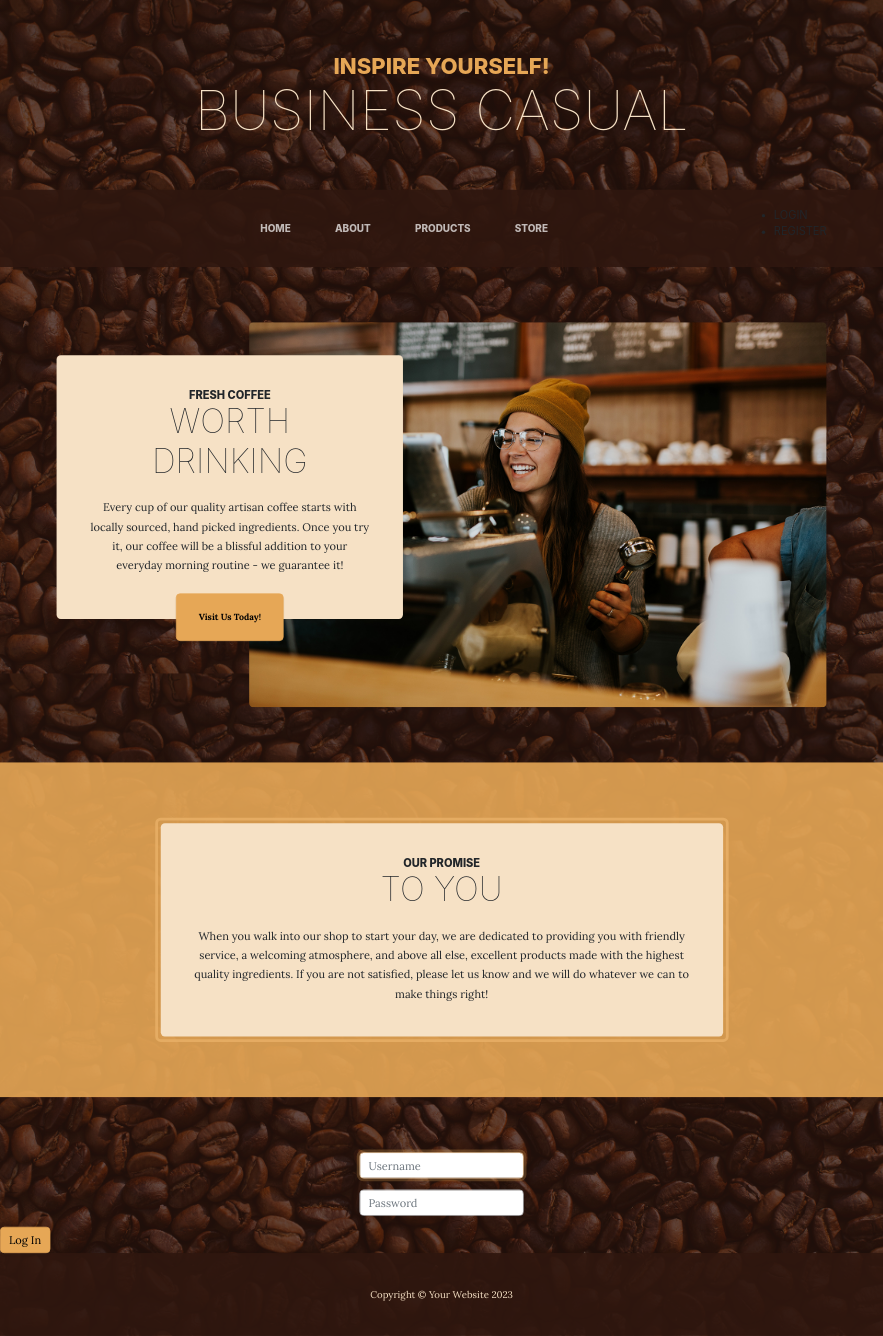
Repository: Onerafaz/CS50x
Page: http://localhost/login
The author's editor kept a copy of each file at every save. The page is drawn from the files as they stood at one save, then again after the next save.
The browser window is 1280 px wide. The pictures show the whole page, at 69% of full size.
Backgrounds fixed to the window are drawn as part of the page. Some web fonts or font styles are not loaded; a fallback is used. The page is served by the project's application, run on Flask 3 (project/business/app.py). Other server files are loaded and not shown.

Above is the page before, as saved 2023-08-17 00:40:18.
Console error: TypeError: Cannot read properties of undefined (reading 'classList')

### project/business/templates/layout.html
<!DOCTYPE html>
<html lang="en">
    <head>
        <meta charset="utf-8" />
        <meta name="viewport" content="width=device-width, initial-scale=1, shrink-to-fit=no" />
        <meta name="description" content="" />
        <meta name="author" content="" />
        <title>Business Casual</title>
        <link rel="icon" type="image/x-icon" href="assets/favicon.ico" />
        <!-- Google fonts-->
        <link href="https://fonts.googleapis.com/css?family=Raleway:100,100i,200,200i,300,300i,400,400i,500,500i,600,600i,700,700i,800,800i,900,900i" rel="stylesheet" />
        <link href="https://fonts.googleapis.com/css?family=Lora:400,400i,700,700i" rel="stylesheet" />
        <!-- Core theme CSS (includes Bootstrap)-->
        <link href="static/css/styles.css" rel="stylesheet" />
        <title>Business: {% block title %}{% endblock %}</title>
    </head>
    <body>
        <header>
            <h1 class="site-heading text-center text-faded d-none d-lg-block">
                <span class="site-heading-upper text-primary mb-3">Inspire yourself!</span>
                <span class="site-heading-lower">Business Casual</span>
            </h1>
        </header>
        <!-- Navigation-->
        <nav class="navbar navbar-expand-lg navbar-dark py-lg-4" id="mainNav">
            <div class="container">
                <a class="navbar-brand text-uppercase fw-bold d-lg-none" href="index.html">Start Bootstrap</a>
                <button class="navbar-toggler" type="button" data-bs-toggle="collapse" data-bs-target="#navbarSupportedContent" aria-controls="navbarSupportedContent" aria-expanded="false" aria-label="Toggle navigation"><span class="navbar-toggler-icon"></span></button>
                <div class="collapse navbar-collapse" id="navbarSupportedContent">
                    <ul class="navbar-nav mx-auto">
                        <li class="nav-item px-lg-4"><a class="nav-link text-uppercase" href="index.html">Home</a></li>
                        <li class="nav-item px-lg-4"><a class="nav-link text-uppercase" href="about.html">About</a></li>
                        <li class="nav-item px-lg-4"><a class="nav-link text-uppercase" href="products.html">Products</a></li>
                        <li class="nav-item px-lg-4"><a class="nav-link text-uppercase" href="store.html">Store</a></li>
                    </ul>
                    <ul>
                        <li class="nav-item pxlg-4"><a class="nav-link text-uppercase" href="login.html">Login</a></li>
                        <li class="nav-item pxlg-4"><a class="nav-link text-uppercase" href="register.html">Register</a></li>
                    </ul>
                </div>
            </div>
        </nav>
        <section class="page-section clearfix">
            <div class="container">
                <div class="intro">
                    <img class="intro-img img-fluid mb-3 mb-lg-0 rounded" src="assets/img/intro.jpg" alt="..." />
                    <div class="intro-text left-0 text-center bg-faded p-5 rounded">
                        <h2 class="section-heading mb-4">
                            <span class="section-heading-upper">Fresh Coffee</span>
                            <span class="section-heading-lower">Worth Drinking</span>
                        </h2>
                        <p class="mb-3">Every cup of our quality artisan coffee starts with locally sourced, hand picked ingredients. Once you try it, our coffee will be a blissful addition to your everyday morning routine - we guarantee it!</p>
                        <div class="intro-button mx-auto"><a class="btn btn-primary btn-xl" href="#!">Visit Us Today!</a></div>
                    </div>
                </div>
            </div>
        </section>
        <section class="page-section cta">
            <div class="container">
                <div class="row">
                    <div class="col-xl-9 mx-auto">
                        <div class="cta-inner bg-faded text-center rounded">
                            <h2 class="section-heading mb-4">
                                <span class="section-heading-upper">Our Promise</span>
                                <span class="section-heading-lower">To You</span>
                            </h2>
                            <p class="mb-0">When you walk into our shop to start your day, we are dedicated to providing you with friendly service, a welcoming atmosphere, and above all else, excellent products made with the highest quality ingredients. If you are not satisfied, please let us know and we will do whatever we can to make things right!</p>
                        </div>
                    </div>
                </div>
            </div>
        </section>
        {% block main %}{% endblock %}
        <footer class="footer text-faded text-center py-5">
            <div class="container"><p class="m-0 small">Copyright &copy; Your Website 2023</p></div>
        </footer>
        <!-- Bootstrap core JS-->
        <script src="https://cdn.jsdelivr.net/npm/bootstrap@5.2.3/dist/js/bootstrap.bundle.min.js"></script>
        <!-- Core theme JS-->
        <script src="static/js/scripts.js"></script>
    </body>
</html>

### project/business/app.py
import os

from cs50 import SQL
from flask import Flask, flash, redirect, render_template, request, session, jsonify
from flask_session import Session
from tempfile import mkdtemp
from werkzeug.security import check_password_hash, generate_password_hash

from helpers import apology, login_required, lookup, usd

import datetime

# Configure application
app = Flask(__name__)

# Custom filter
app.jinja_env.filters["usd"] = usd

# Configure session to use filesystem (instead of signed cookies)
app.config["SESSION_PERMANENT"] = False
app.config["SESSION_TYPE"] = "filesystem"
Session(app)

# Configure CS50 Library to use SQLite database
db = SQL("sqlite:///business.db")


@app.after_request
def after_request(response):
    """Ensure responses aren't cached"""
    response.headers["Cache-Control"] = "no-cache, no-store, must-revalidate"
    response.headers["Expires"] = 0
    response.headers["Pragma"] = "no-cache"
    return response


@app.route("/")
@login_required
def index():
    """Show landing page"""

    user_id = session["user_id"]

    # Render the template
    return render_template("index.html")


@app.route("/login", methods=["GET", "POST"])
def login():
    """Log user in"""

    # Forget any user_id
    session.clear()

    # User reached route via POST (as by submitting a form via POST)
    if request.method == "POST":
        # Ensure username was submitted
        if not request.form.get("username"):
            return apology("must provide username")

        # Ensure password was submitted
        elif not request.form.get("password"):
            return apology("must provide password")

        # Query database for username
        rows = db.execute(
            "SELECT * FROM users WHERE username = ?", request.form.get("username")
        )

        # Ensure username exists and password is correct
        if len(rows) != 1 or not check_password_hash(
            rows[0]["hash"], request.form.get("password")
        ):
            return apology("invalid username and/or password")

        # Remember which user has logged in
        session["user_id"] = rows[0]["id"]

        # Redirect user to home page
        return redirect("/")

    # User reached route via GET (as by clicking a link or via redirect)
    else:
        return render_template("login.html")


@app.route("/logout")
def logout():
    """Log user out"""

    # Forget any user_id
    session.clear()

    # Redirect user to login form
    return redirect("/")

Loaded but not shown: project/business/templates/login.html (common file); project/business/static/css/styles.css (library); project/business/static/scripts.js (common file)

After the next save:
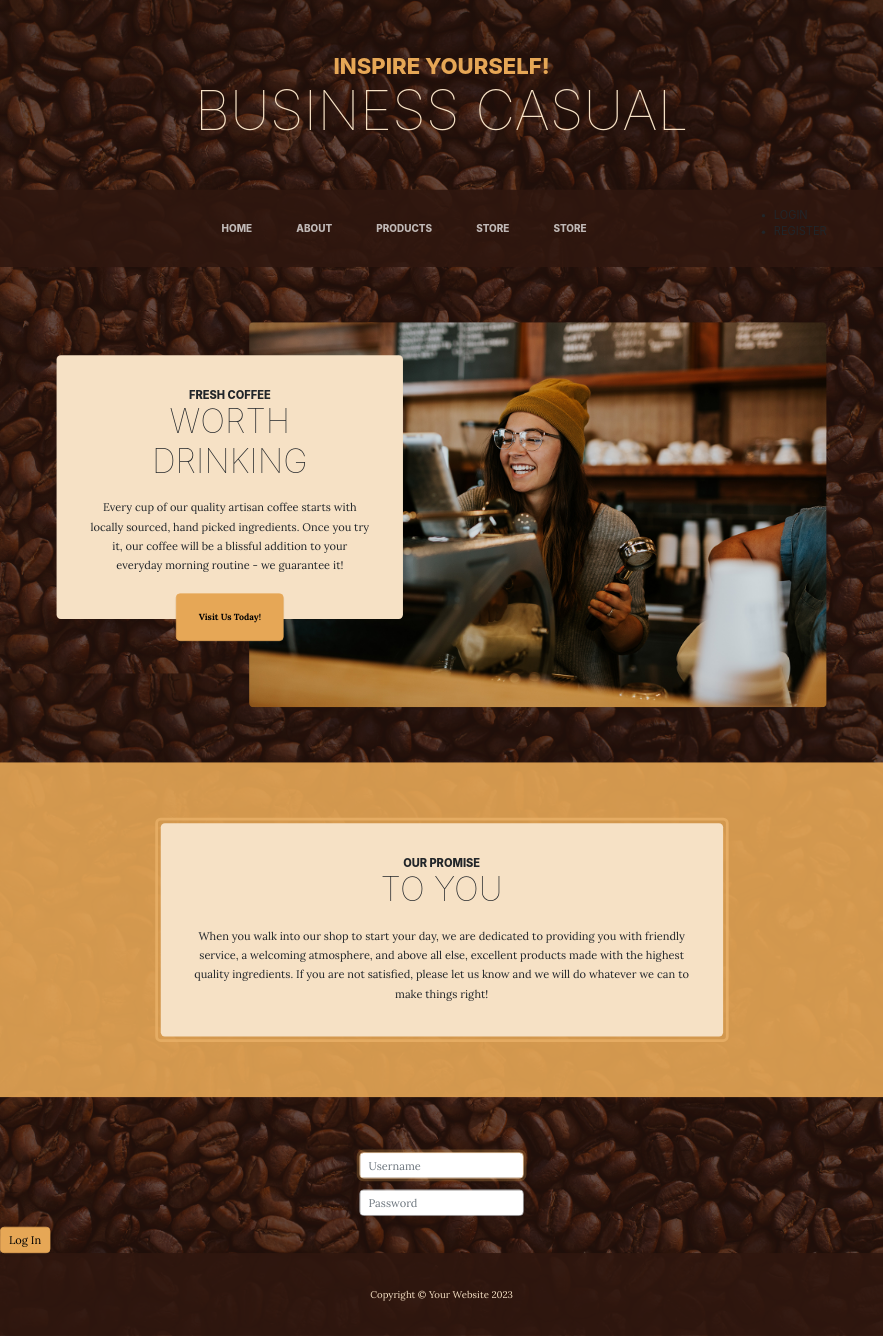
Saved 3 min 49 s later.
--- a/project/business/templates/layout.html
+++ b/project/business/templates/layout.html
@@ -31,6 +31,7 @@
                         <li class="nav-item px-lg-4"><a class="nav-link text-uppercase" href="index.html">Home</a></li>
                         <li class="nav-item px-lg-4"><a class="nav-link text-uppercase" href="about.html">About</a></li>
                         <li class="nav-item px-lg-4"><a class="nav-link text-uppercase" href="products.html">Products</a></li>
+                        <li class="nav-item px-lg-4"><a class="nav-link text-uppercase" href="store.html">Store</a></li>
                         <li class="nav-item px-lg-4"><a class="nav-link text-uppercase" href="store.html">Store</a></li>
                     </ul>
                     <ul>
